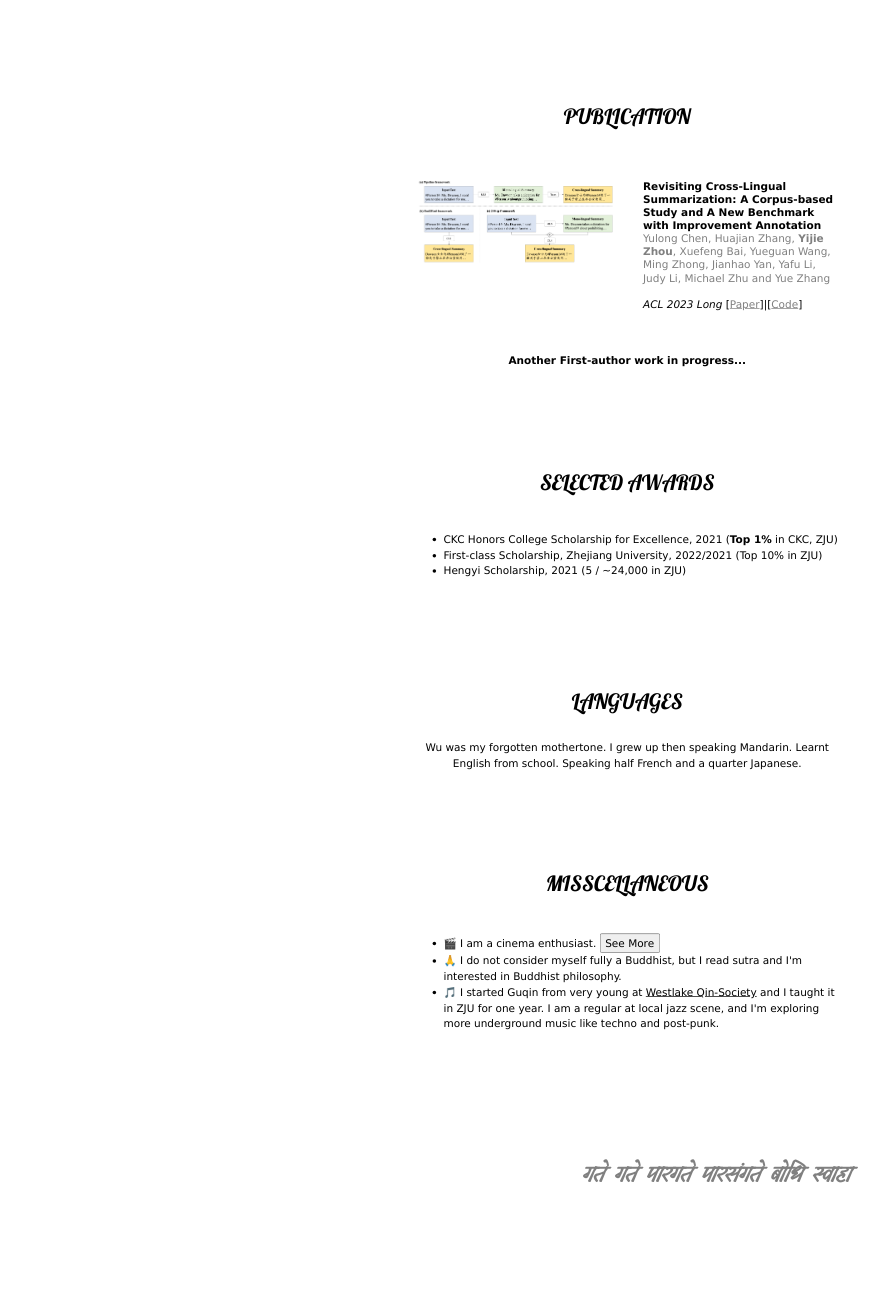
Repository: Ej-zhou/ej-zhou.github.io
Page: index.html
An editor plug-in stored every save of this project. The page is shown before and after the next save, followed by the edit.
The browser window is 1280 px wide. The pictures show the part of the page from y = 2736 to 4656 px (the page is 4588 px tall before and 4656 px after), at 70% of full size.
Some web fonts or font styles are not loaded; a fallback is used.

Above is the page before, as saved 2023-08-26 16:25:09.

### index.html
<!DOCTYPE html>
<html>
 <head>
  <script async="" src="https://www.googletagmanager.com/gtag/js?id=G-2YDZTJCJC2">
  </script>
  <script>
   window.dataLayer = window.dataLayer || [];
  function gtag(){dataLayer.push(arguments);}
  gtag('js', new Date());

  gtag('config', 'G-2YDZTJCJC2');
  </script>
  <title>
   Zhou, Ej
  </title>
  <meta charset="utf-8"/>
  <meta content="width=device-width, initial-scale=1" name="viewport"/>
  <link href="https://www.w3schools.com/w3css/4/w3.css" rel="stylesheet"/>
  <link href="https://fonts.googleapis.com/css?family=Lobster" rel="stylesheet"/>
  <link href="https://cdnjs.cloudflare.com/ajax/libs/font-awesome/4.7.0/css/font-awesome.min.css" rel="stylesheet"/>
  <link href="https://fonts.googleapis.com/css2?family=Noto+Sans+SC&amp;display=swap" rel="stylesheet"/>
  <link href="gstyles.css" rel="stylesheet"/>

 </head>
 <body>
  <div class="sidebar">

    <div class="img-container-change">
      <img src="pics/photo.jpeg" alt="Image 1">
  </div>



   <!-- <div class="horizontal-bar-left">
    <img alt="here should be a photo" height="200" src="pics/photo.jpeg" width="200"/>
    <img alt="here should be a photo" height="200" src="pics/buddha.png" width="200"/>
    <img alt="here should be a photo" height="200" src="pics/sh.png" width="200"/>
    <img alt="here should be a photo" height="200" src="pics/scaoe.png" width="200"/>
    <img alt="here should be a photo" height="200" src="pics/photo.jpeg" width="200"/>
    <img alt="here should be a photo" height="200" src="pics/buddha.png" width="200"/>
    <img alt="here should be a photo" height="200" src="pics/sh.png" width="200"/>
    <img alt="here should be a photo" height="200" src="pics/scaoe.png" width="200"/>
   </div>
   <div class="horizontal-bar-right">
    <img alt="here should be a photo" height="200" src="pics/yellow.png" width="200"/>
    <img alt="here should be a photo" height="200" src="pics/red.png" width="200"/>
    <img alt="here should be a photo" height="200" src="pics/voila.png" width="200"/>
    <img alt="here should be a photo" height="200" src="pics/girl.png" width="200"/>
    <img alt="here should be a photo" height="200" src="pics/yellow.png" width="200"/>
    <img alt="here should be a photo" height="200" src="pics/red.png" width="200"/>
    <img alt="here should be a photo" height="200" src="pics/voila.png" width="200"/>
    <img alt="here should be a photo" height="200" src="pics/girl.png" width="200"/>
   </div>
   <div class="horizontal-bar-left">
    <img alt="here should be a photo" height="200" src="pics/yaddha.png" width="200"/>
    <img alt="here should be a photo" height="200" src="pics/bureal.png" width="200"/>
    <img alt="here should be a photo" height="200" src="pics/gang.png" width="200"/>
    <img alt="here should be a photo" height="200" src="pics/scaoe.png" width="200"/>
    <img alt="here should be a photo" height="200" src="pics/yaddha.png" width="200"/>
    <img alt="here should be a photo" height="200" src="pics/bureal.png" width="200"/>
    <img alt="here should be a photo" height="200" src="pics/gang.png" width="200"/>
    <img alt="here should be a photo" height="200" src="pics/scaoe.png" width="200"/>

   </div>
   <div class="horizontal-bar-right">
    <img alt="here should be a photo" height="200" src="pics/sh.png" width="200"/>
    <img alt="here should be a photo" height="200" src="pics/scaoe.png" width="200"/>
    <img alt="here should be a photo" height="200" src="pics/photo.jpeg" width="200"/>
    <img alt="here should be a photo" height="200" src="pics/buddha.png" width="200"/>
    <img alt="here should be a photo" height="200" src="pics/sh.png" width="200"/>
    <img alt="here should be a photo" height="200" src="pics/scaoe.png" width="200"/>
    <img alt="here should be a photo" height="200" src="pics/photo.jpeg" width="200"/>
    <img alt="here should be a photo" height="200" src="pics/buddha.png" width="200"/>
   </div>
   <div class="horizontal-bar-left">
    <img alt="here should be a photo" height="200" src="pics/photo.jpeg" width="200"/>
    <img alt="here should be a photo" height="200" src="pics/buddha.png" width="200"/>
    <img alt="here should be a photo" height="200" src="pics/sh.png" width="200"/>
    <img alt="here should be a photo" height="200" src="pics/scaoe.png" width="200"/>
    <img alt="here should be a photo" height="200" src="pics/photo.jpeg" width="200"/>
    <img alt="here should be a photo" height="200" src="pics/buddha.png" width="200"/>
    <img alt="here should be a photo" height="200" src="pics/sh.png" width="200"/>
    <img alt="here should be a photo" height="200" src="pics/scaoe.png" width="200"/> -->
   </div>
  </div>
  <div class="w3-main w3-padding-large" style="margin-left:42%; margin-right: 2%;">
   <span class="w3-button w3-top w3-white w3-xxlarge w3-text-grey w3-hover-text-black" onclick="openNav()" style="width:auto;right:0;">
    <i class="fa fa-bars">
    </i>
   </span>
   <header class="w3-container w3-center" id="home" style="padding:128px 16px">
    <h1 class="w3-jumbo">
     <b>
      <span class="chinese">
       周逸杰
      </span>
     </b>
    </h1>
    <h1 class="w3-jumbo">
     <b>
      ZHOU, EJ
     </b>
     <span class="question-mark">
      ?
     </span>
     <span class="tooltip">
      My given name is
      <i>
       Yijie
      </i>
      , and my family name
      <i>
       Zhou
      </i>
      .
      <br/>
      <i>
       Ej
      </i>
      is my preferred name, and our family name comes first.
     </span>
    </h1>
    <p>
     <!-- Where shall I begin... -->
     <div class="row justify-content-center">
      <!-- Email -->
      <span onclick="window.open('mailto:e.j.zhou@zju.edu.cn')" style="cursor: pointer">
        <i class="fa fa-envelope-o" style="font-size:24px;color:grey"></i>
      </span>
      <span style="padding-left: 10px"></span>

      <!-- Twitter -->
      <!-- <span onclick="window.open('https://twitter.com/ej_2876')" style="cursor: pointer">
        <i class="fa fa-twitter" style="font-size:24px;color:grey"></i>
      </span>
      <span style="padding-left: 20px"></span> -->

      <!-- GitHub -->
      <span onclick="window.open('https://github.com/cyber-e-j')" style="cursor: pointer">
        <i class="fa fa-github" style="font-size:24px;color:grey"></i>
      </span>
      <span style="padding-left: 10px"></span>

      <!-- LinkedIn -->
      <span onclick="window.open('https://www.linkedin.com/in/ej-zhou-1600a7264/')" style="cursor: pointer">
        <i class="fa fa-linkedin" style="font-size:24px;color:grey"></i>
      </span>
      <span style="padding-left: 10px"></span>

      <span onclick="window.open('https://scholar.google.com/citations?authuser=1&amp;user=e8yGb7IAAAAJ')" style="cursor: pointer">
        <i class ="fa fa-graduation-cap" style="font-size:24px;color:grey"></i>
      </span>
      <span style="padding-left: 10px"></span>


      <!-- CV -->
      <span onclick="window.open('./CV.pdf')" style="cursor: pointer">
        <i class ="fa fa-file-text-o" style="font-size:24px;color:grey"></i>
      </span>

    </p>
    <div class="w3-content w3-justify w3-text-grey w3-padding-32" id="about">
     <h2>
      About
     </h2>
     <p>
      Hello! I am a senior undergraduate student at Zhejiang University majoring in Computer Science, and also an honored member of the <a href="http://ckc.zju.edu.cn/ckcen/">Chu Kochen Honors College</a>. During my undergraduate studies, I am very much grateful to be advised by <a href="https://frcchang.github.io">Prof. Yue Zhang</a> during my research intern at Westlake University, and I spent one semester as an exchange student in Cornell University, where I worked as a research assistant in <a href="https://twitter.com/CommCollabTech">CommCollabTech</a>.

      Currently I am doing a research internship in Yale University under the supervision of <a href="https://armancohan.com">Prof. Arman Cohan</a>.

      <br/><br/>
      I am broadly interested in artificial intelligence, linguistics and naturally natural language processing. My previous research experience includes cross-lingual summarization, multi-document summarization, and analysis of LLMs. I am open to explore everything related to AI especially in this time of LLMs. As a pseudo-polyglot, my off time is often spent on learning languages.

      <br/><br/>

      I will be studying in Oxford for my senior year. I am looking forward to meeting new friends and exploring new research opportunities there.
      <br/><br/>

     </p>

     <h3 class="w3-padding-16">
      <br/>
      <br/>
      <br/>
      <br/>
      <h1 class="w3-jumbo">
       <b>
        <div class="chinese-container">
          <span class="chinese">
              须菩提！于意云何？
          </span>
      </div>

      <div class="chinese-container">
        <span class="chinese">
          可以身相见如来不？
        </span>
    </div>
       </b>
      </h1>
      <p>
      </p>
     </h3>
    </div>
    <div class="w3-container w3-padding-64 w3-center">
     <h2>
      EDUCATION
     </h2>
     <table align="center" border="0" cellpadding="20" class="university-table">
      <tbody>
       <tr class="university-row">
        <td>
         <img class="university-logo" src="logo/6d8d432f-56ac-47eb-b22d-a23b103aed01.png"/>
        </td>
        <td>
         <b>
          Zhejiang University
         </b>
         <br/>
         2020 - 2024, Hangzhou, China
         <br/>
         <br/>
         <i>
          B.Eng.(Honours) in Computer Science
         </i>
         <br/>
         Grade: 3.99 / 4
        </td>
       </tr>
       <tr class="university-row">
        <td>
         <img alt="Cornell University Seal" class="university-logo" src="logo/cornell_seal_simple_web/cornell_seal_simple_web_b31b1b.svg">
         </img>
        </td>
        <td>
         <b>
          Cornell University
         </b>
         <br/>
         Jan 2023 - Jun 2023, Ithaca, NY, U.S.A
         <br/>
         <br/>
         <i>
          Exchange Student
         </i>
         <br/>
         Grade: 4.082 / 4.3
         <br/>
        </td>
       </tr>
      </tbody>
     </table>
    </div>

    <div class="w3-container w3-padding-64 w3-center">
      <h2>
       EXPERIENCE
      </h2>
      <table align="center" border="0" cellpadding="20" class="university-table">
       <tbody>
        <tr class="university-row">
         <td>
          <img class="university-logo" src="logo/yale-icons/touch-icon-228.png"/>
         </td>
         <td>
          <b>
           Yale University
          </b>
          <br/>
          Apr 2023 - Oct 2023, New Haven, CT, U.S.A
          <br/>
          <br/>
          <i>
           Research Intern
          </i>
          <br/>
          Yale NLP
         </td>
        </tr>
        <tr class="university-row">
         <td>
          <img alt="Cornell University Seal" class="university-logo" src="logo/cornell_seal_simple_web/cornell_seal_simple_web_b31b1b.svg">
          </img>
         </td>
         <td>
          <b>
           Cornell University
          </b>
          <br/>

          Jan 2023 - Jun 2023, Ithaca, NY, U.S.A
          <br/>
          <br/>
          <i>
           Research Assistant,
          </i>
          <a href="https://twitter.com/CommCollabTech">CommCollabTech Lab</a>
          <br/>

          <i>
            Member,
          </i>
          <a href="https://cornell.campusgroups.com/lep/home/">Cornell Language Expansion Program</a>
         </td>
        </tr>
        <tr class="university-row">
         <td>
          <img class="university-logo" src="https://en.westlake.edu.cn/about/Resources/202101/W020210111665247201170.png"/>
         </td>
         <td>
          <b>
           Westlake University
          </b>
          <br/>
          Sept 2022 - Jan 2023, Hangzhou, China
          <br/>
          <br/>
          <i>
           Research Intern
          </i>
          <br/>
          Westlake NLP
         </td>
        </tr>
        <tr class="university-row">
          <td>
           <img class="university-logo" src="logo/6d8d432f-56ac-47eb-b22d-a23b103aed01.png"/>
          </td>
          <td>
           <b>
            Zhejiang University
           </b>
           <br/>
           2020 - 2024, Hangzhou, China
           <br/>
           <br/>
           <br/>
          </td>
         </tr>
       </tbody>
      </table>
     </div>
    <div class="w3-container w3-padding-64 w3-center">
     <h2>
      PUBLICATION
     </h2>
     <br/>
     <table width="100%">
      <!--TIVEE-->

      <!-- Empty row for spacing -->
      <tr>
        <td height="30"></td>
      </tr>
      <tr>
        <td width="30%" valign="top" style="text-align: left; padding-right: 20px;">
          <img src="./pics/pipeline.png" width="280" alt="LGM" style="border-style: none; vertical-align: top;">
        </td>
        <td width="70%" valign="top" style="text-align: left; padding-left: 20px;">
          <p style="margin-top: 0px; margin-bottom: 3px; line-height: 1.25;">
            <b>Revisiting Cross-Lingual Summarization: A Corpus-based Study and A New Benchmark with Improvement Annotation</b>
            <br>
            <a style="color:gray">
            Yulong Chen, Huajian Zhang, <b>Yijie Zhou</b>, Xuefeng Bai, Yueguan Wang, Ming Zhong, Jianhao Yan, Yafu Li, Judy Li, Michael Zhu and Yue Zhang<br></a>
            <br/>
            <i>ACL 2023 Long </i>
            [<a href="https://arxiv.org/abs/2307.04018" style="color: gray;">Paper</a>]|[<a href="https://github.com/cylnlp/ConvSumX" style="color: gray;">Code</a>]&nbsp;
          </p>
        </td>
      </tr>
      <tr>
        <td height="50"></td>
      </tr>

    <!-- <tbody style="margin-top: 100px;"> -->
      <tr>
        <td colspan="2" style="text-align: center;">
          <b>Another First-author work in progress...</b>
        </td>
      </tr>
    <!-- </tbody> -->

    </table>



    </div>


<!--

    <div class="w3-container w3-padding-64 w3-center">
     <h2>
      SELECTED COURSE-WORKS
     </h2>
     <p>
      Parallel Computing and Neural Networks
     </p>
     <p>
      Jul 2021 - Aug 2021
     </p>
     <p>
      Coursework for Integrate Practice for Courses I: Supercomputing; score 97/100
     </p>
     <p>
      Enhanced GEMM performance by over 100x using OpenMP and MPI on a computing cluster.
     </p>
     <p>
      Developed a CNN from scratch using PyTorch for handwriting recognition and object recognition.
     </p>
     <p>
      Mini-SQL GitHub
     </p>
     <p>
      May 2022 - Jun 2022
     </p>
     <p>
      Coursework for Database System; score 98/100
     </p>
     <p>
      Developed a compact single-user SQL engine (DBMS) supporting fundamental database operations and implemented an index-manager for record handling using a custom-designed B+-tree data structure.
     </p>
     <p>
      Socket and Web-server
     </p>
     <p>
      Oct 2022 - Dec 2022
     </p>
     <p>
      Coursework for Computer Network; score 96/100
     </p>
     <p>
      Developed a custom TCP-based communication protocol.
     </p>
     <p>
      Constructed a lightweight web server capable of parsing HTTP protocol and accepting browser access without relying on any pre-built libraries.
     </p>
    </div>

    <div class="w3-container w3-padding-64 w3-center">
     <h2>
      LANGUAGES
     </h2>
     <p>
      Mandarin: Native mastery
     </p>
     <p>
      Wu-Chinese: Native in oral speech
     </p>
     <p>
      English: Proficient, TOEFL 110/120
     </p>
     <p>
      French: Fluent, TFU 84/100
     </p>
     <p>
      <span class="japanese">
       日本語: Intermediate reading-comprehension, basic conversation
      </span>
     </p>
     <p>
      Beginner level in Cantonese and Spanish
     </p>
    </div>

  -->


    <div class="w3-container w3-padding-64 w3-center">

        <h2>SELECTED AWARDS</h2>
        <br/>
        <ul style="text-align: left;">
          <li>CKC Honors College Scholarship for Excellence, 2021 (<b>Top 1%</b> in CKC, ZJU)</li>
          <li>First-class Scholarship, Zhejiang University, 2022/2021 (Top 10% in ZJU)</li>
          <li>Hengyi Scholarship, 2021 (5 / ~24,000 in ZJU)</li>
        </ul>
      </div>


    <div class="w3-container w3-padding-64 w3-center">

      <h2>LANGUAGES</h2>
      <br/>

      Wu was my forgotten mothertone. I grew up then speaking Mandarin. Learnt English from school. Speaking half French and a quarter Japanese.
      <!-- <ul style="text-align: left;">
        <li>CKC Honors College Scholarship for Excellence, 2021 (<b>Top 1%</b> in CKC, ZJU)</li>
        <li>First-class Scholarship, Zhejiang University, 2022/2021 (Top 10% in ZJU)</li>
        <li>Hengyi Scholarship, 2021 (5 / ~24,000 in ZJU)</li>
      </ul> -->
    </div>


      <div class="w3-container w3-padding-64 w3-center">
        <h2>
         MISSCELLANEOUS
        </h2>
        <br/>

        <ul style="text-align: left;">
          <li>🎬 I am a cinema enthusiast.
            <button id="revealButton">See More</button>
            <div id="hiddenContent" style="display: none;">
              <br/>
              <div style="display: flex;">
                <!-- Image -->
                <img id="hiddenImage" src="pics/IMG_4754.JPG" alt="Description" style="height: 200px; padding-left: 25px;">

                <!-- Description -->
                <div style="padding-left: 20px; padding-right: 80px;">
                  <ul style="min-height: 150px; display: flex; flex-direction: column; justify-content: space-between;">
                    <li style="padding-bottom: 15px;"> This May I was in the <a href="https://www.festival-cannes.com">76E FESTIVAL DE CANNES</a>. Really enjoyed <i style="color: grey;">Il sol dell'avvenire</i>, <i style="color: grey;">The Zone of Interest</i> and <i style="color: grey;">青春</i>.</li>
                    <li style="padding-bottom: 15px;"> I had participated in the production of some student films.</li>
                    <li> The most influential movie to me was <i style="color: grey;">Holy Motors</i> by Leos Carax.</li>
                  </ul>
                </div>
              </div>


              <br/>

            </div>
          </li>




          <li>🙏 I do not consider myself fully a Buddhist, but I read sutra and I'm interested in Buddhist philosophy.

          <li>🎵 I started Guqin from very young at <a href="http://www.xihuqinshe.com" target="_blank">Westlake Qin-Society</a>
            and I taught it in ZJU for one year. I am a regular at local jazz scene, and I'm exploring more underground music like techno and post-punk.
        </ul>
       </div>


    <br/>
    <br/>
    <br/>
    <br/>
    <b>
     <span class="sanskrit">
      गते गते पारगते पारसंगते बोधि स्वाहा
      <br/>
     </span>
    </b>
    <!-- <footer class="w3-container w3-padding-64 w3-light-grey w3-center w3-opacity w3-xlarge" style="padding: 100px; background-color: lightgrey;">
     <a href="https://twitter.com/ej_2876" target="_blank">
      <i class="fa fa-twitter w3-hover-opacity">
      </i>
     </a>
     <a href="https://github.com/cyber-e-j" target="_blank">
      <i class="fa fa-github w3-hover-opacity">
      </i>
     </a>
     <a href="https://www.linkedin.com/in/ej-zhou-1600a7264/" target="_blank">
      <i class="fa fa-linkedin w3-hover-opacity">
      </i>
     </a>
     <a href="https://scholar.google.com/citations?authuser=1&amp;user=e8yGb7IAAAAJ" target="_blank">
      <img alt="google-scholar" class="w3-hover-opacity" height="24" src="https://img.icons8.com/material-two-tone/384/google-scholar.png" width="24"/>
     </a>
     <p class="w3-small" style="margin: 0;">
     </p>
    </footer> -->
   </header>
  </div>
 </body>
</html>
<script>
 const questionMark = document.querySelector('.question-mark');
    const tooltip = document.querySelector('.tooltip');

    questionMark.addEventListener('mouseover', () => {
      tooltip.style.display = 'inline-block';
    });

    questionMark.addEventListener('mouseout', () => {
      tooltip.style.display = 'none';
    });

    // Optional: If you want to hide the tooltip when the mouse moves away from it, add the following code
    tooltip.addEventListener('mouseout', () => {
      tooltip.style.display = 'none';
    });

    document.getElementById("revealButton").addEventListener("click", function() {
    const hiddenContent = document.getElementById("hiddenContent");
    const button = document.getElementById("revealButton");

    if (hiddenContent.style.display === "none") {
      hiddenContent.style.display = "block";
      button.innerHTML = "Hide";
    } else {
      hiddenContent.style.display = "none";
      button.innerHTML = "See More";
    }
  });


    const imgContainer = document.querySelector(".img-container-change");
        const images = ["pics/photo.jpeg","pics/dark.png", "pics/syn.png" , "pics/stone.png","pics/night.png", "pics/girl.png", "pics/voila.png",
            "pics/red.png", "pics/yellow.png", "pics/buddha.png", "pics/sh.png", "pics/scaoe.png", "pics/yaddha.png", "pics/bureal.png", "pics/gang.png"

      ]; // Add more image URLs as needed
        let currentIndex = 0;

        function changeImage() {
            currentIndex = (currentIndex + 1) % images.length;
            imgContainer.querySelector("img").src = images[currentIndex];
            // imgContainer.querySelector("img").style.transform = "scale(1.2)"; // Optional animation effect
            // setTimeout(() => {
            //     imgContainer.querySelector("img").style.transform = "scale(1)";
            // }, 500); // Animation duration (in milliseconds)
        }

        setInterval(changeImage, 3000); // Change image every 3 seconds (adjust as needed)
</script>

Loaded but not shown: gstyles.css (221 lines, source omitted)

After the next save:
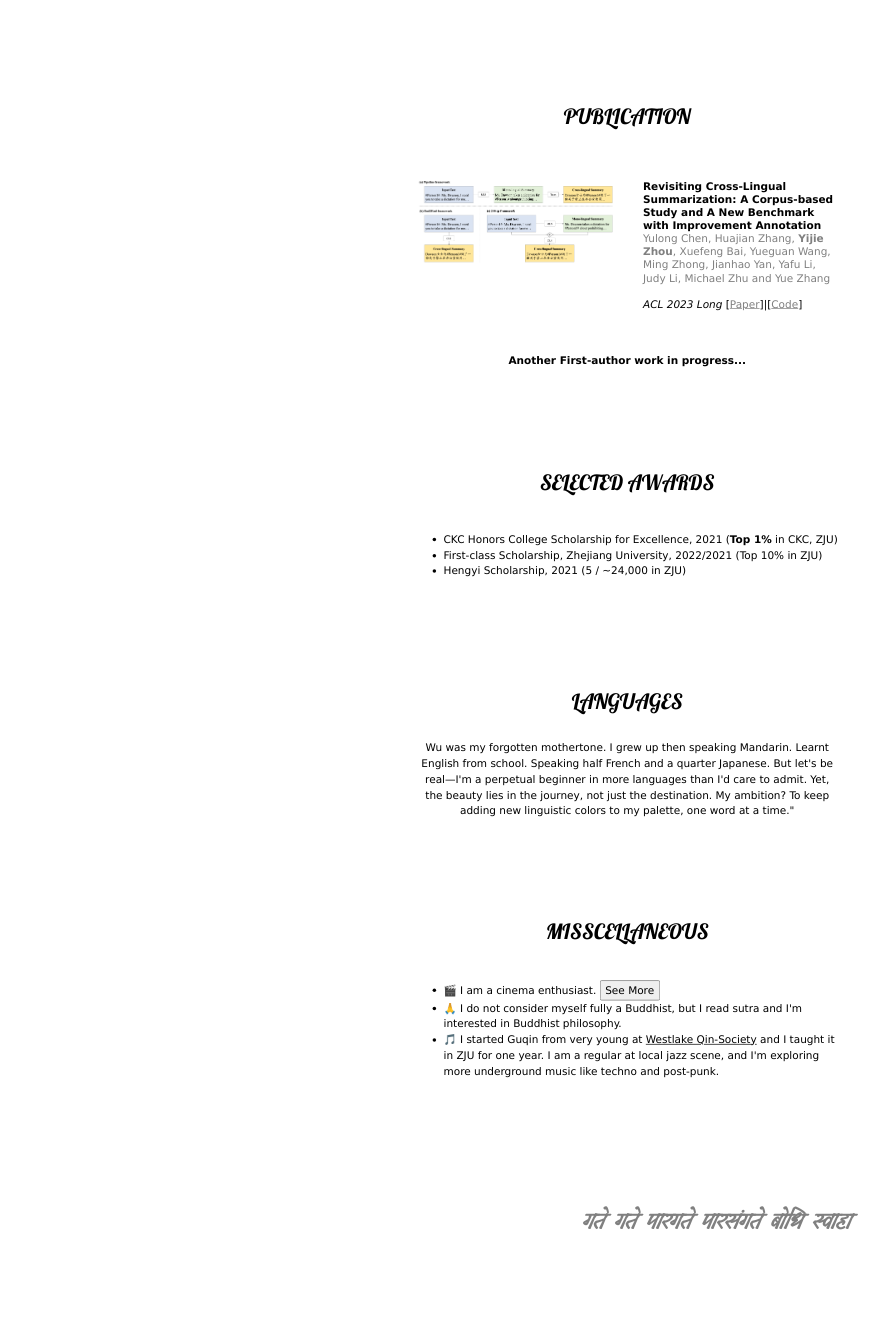
Saved 47 s later.
--- a/index.html
+++ b/index.html
@@ -483,7 +483,7 @@
       <h2>LANGUAGES</h2>
       <br/>
 
-      Wu was my forgotten mothertone. I grew up then speaking Mandarin. Learnt English from school. Speaking half French and a quarter Japanese.
+      Wu was my forgotten mothertone. I grew up then speaking Mandarin. Learnt English from school. Speaking half French and a quarter Japanese. But let's be real—I'm a perpetual beginner in more languages than I'd care to admit. Yet, the beauty lies in the journey, not just the destination. My ambition? To keep adding new linguistic colors to my palette, one word at a time."
       <!-- <ul style="text-align: left;">
         <li>CKC Honors College Scholarship for Excellence, 2021 (<b>Top 1%</b> in CKC, ZJU)</li>
         <li>First-class Scholarship, Zhejiang University, 2022/2021 (Top 10% in ZJU)</li>
